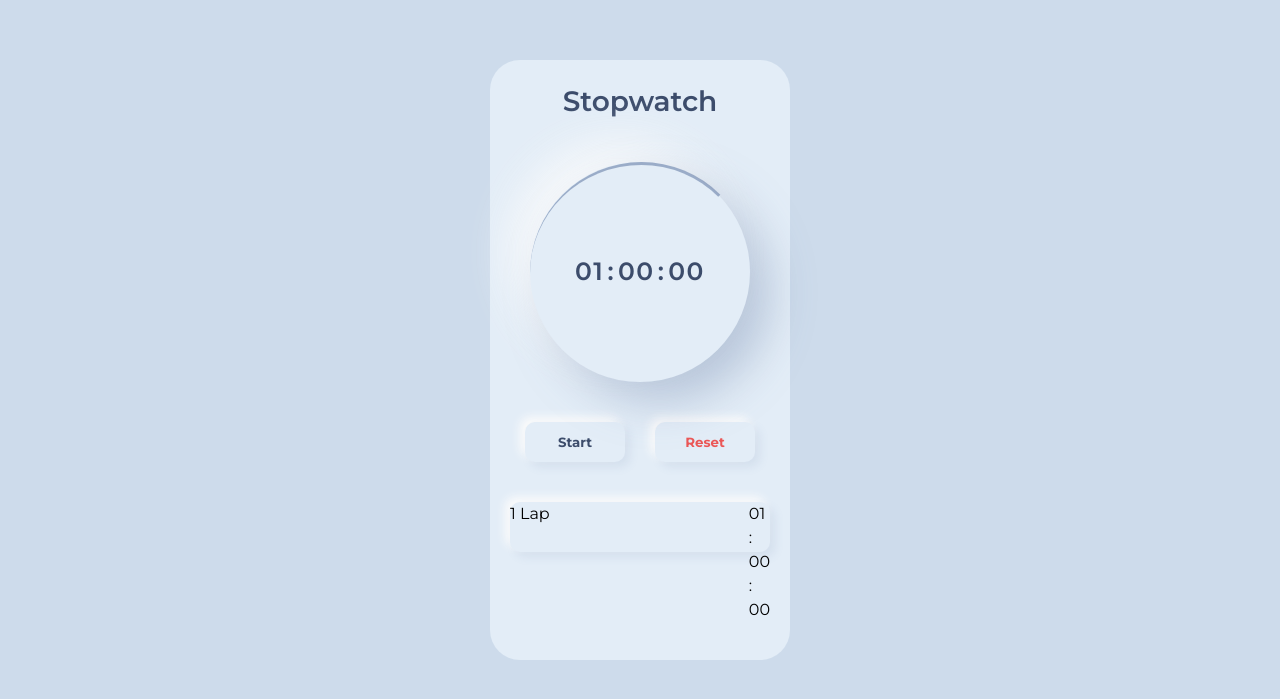
Repository: dinhtri123/stopwatch
Page: index.html
The author's editor kept a copy of each file at every save. The page is drawn from the files as they stood at one save, then again after the next save.
The browser window is 1280 px wide. The pictures show the whole page.

Above is the page before, as saved 2023-01-04 14:56:45.

After the next save:
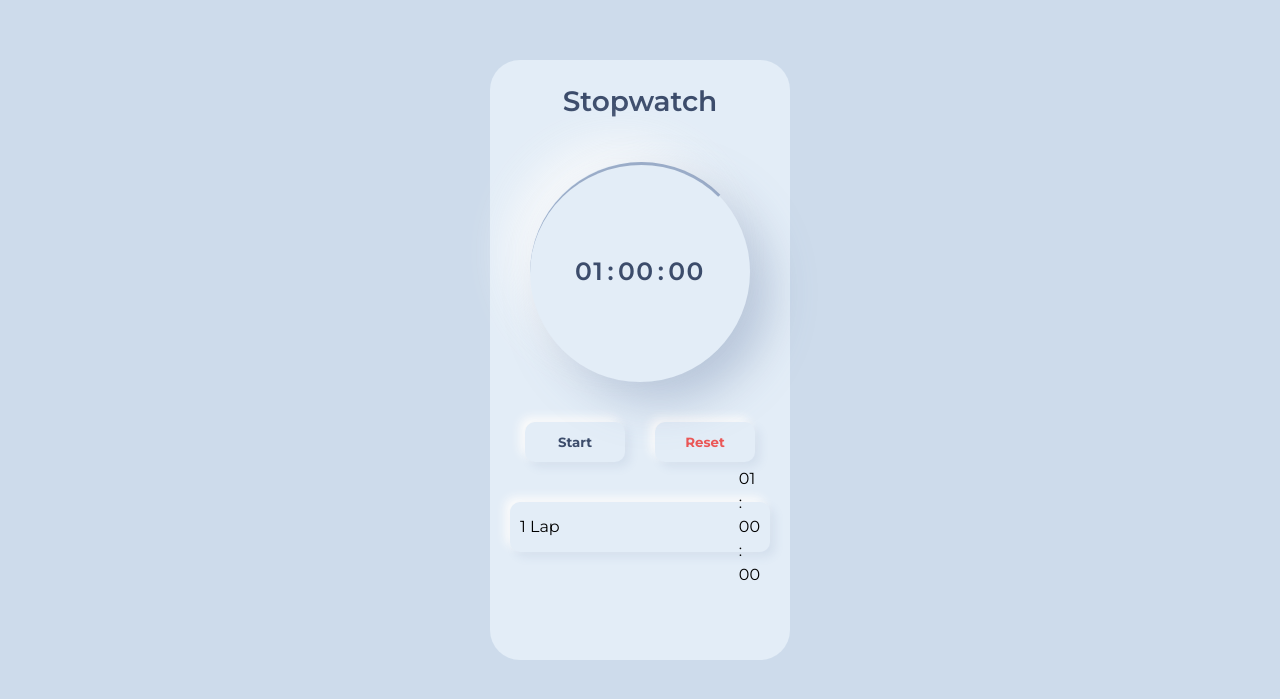
Saved 7 s later.
--- a/style.css
+++ b/style.css
@@ -103,4 +103,6 @@ button {
   box-shadow: 5px 5px 10px #6a80a81e, -5px -5px 10px #fbfbfb;
   display: flex;
   justify-content: space-between;
+  align-items: center;
+  padding: 10px;
 }
